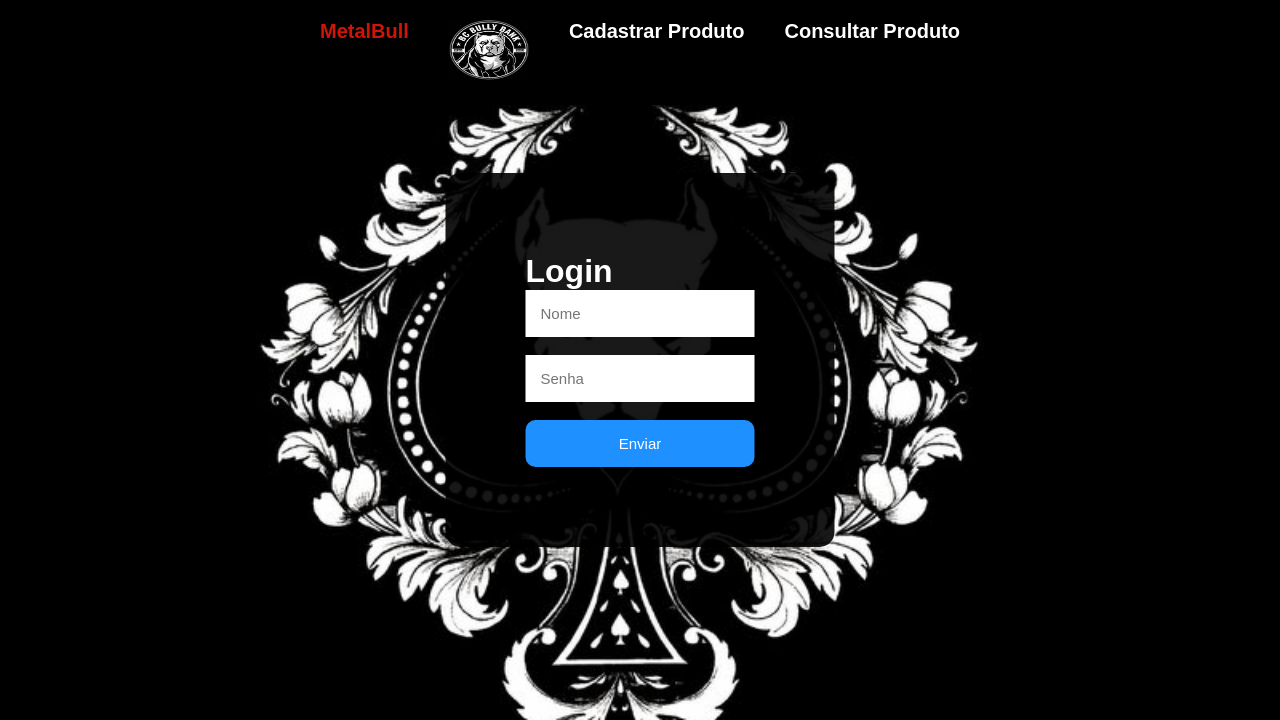
Repository: Vitor4863/Projeto-MetalBull
Page: http://localhost/MetalBull/
An editor plug-in stored every save of this project. The page is shown before and after the next save, followed by the edit.
The browser window is 1280 px wide. The pictures show the whole page.
The page is served by Tomcat 9. Other server files are loaded and not shown.

Above is the page before, as saved 2022-06-23 21:46:35.

### MetalBull/src/main/webapp/index.jsp
<%@ page language="java" contentType="text/html; charset=ISO-8859-1"
	pageEncoding="ISO-8859-1"%>
<!DOCTYPE html>
<html>
<head>
<meta charset="ISO-8859-1">
<title>Insert title here</title>
</head>
<link rel="stylesheet" href="estilo.css">
<body>
	<style>
body {
	font-family: Arial, Helvetica, sans-serif;
	background-image: url("Image/pit2.jpg");
	background-repeat: no-repeat;
	background-size: cover;
	width: 100vw;
	height: 100vh;
}

div {
	background-color: rgba(0, 0, 0, 0.9);
	position: absolute;
	top: 50%;
	left: 50%;
	transform: translate(-50%, -50%);
	padding: 80px;
	border-radius: 15px;
	color: #fff;
}

input {
	padding: 15px;
	border: none;
	outline: none;
	font-size: 15px;
}

button {
	background-color: dodgerblue;
	border: none;
	padding: 15px;
	width: 100%;
	border-radius: 10px;
	color: white;
	font-size: 15px;
}

button:hover {
	background-color: deepskyblue;
	cursor: pointer;
}
</style>
</head>
<body>
<nav class="PitBull">
		<ul>
			<li><span style="color: #ce1507">MetalBull</span></li>
			<li><img src="img/Dog.jpg" height="60px" width="80"></li>
			<li><a href="cadastrarProduto.jsp" style="color: white;">Cadastrar
					Produto</a></li>
			<li><a href="consultarProduto.jsp" style="color: white;">Consultar
					Produto</a></li>
		</ul>
	</nav>
	<div>
        <h1>Login</h1>
        <input type="text" placeholder="Nome">
        <br><br>
        <input type="password" placeholder="Senha">
        <br><br>
        <button>Enviar</button>
    </div>
</body>


</html>

### MetalBull/src/main/webapp/estilo.css
@charset "ISO-8859-1";
* {
	margin: 0;
	padding: 0;
	box-sizing: border-box;
	text-decoration: none;
	list-style: none;
	font-family: 'Montserrat', sans-serif;

}

.PitBull {
	width: 100vw;
}

.PitMain {
	background-image: url("img/R.jpg");
	background-repeat: no-repeat;
	background-size: cover;
	width: 100vw;
	height: 100vh;
}

.PitBull ul {
	display: flex;
	flex-direction: row;
	gap: 40px;
	width: 100%;
	justify-content: center;
	padding: 20px;
	background-color: #000000;
	color: white;
	font-weight: bold;
	font-size: 20px;
}

.PitForm {
	display: flex;
	flex-direction: column;
	padding: 45px;
	width: 800px;
	height: 400px;
	background-color: white;
	margin: 0 auto;
	margin-top: 4px;
	border-radius: 15px;
	box-shadow: 3px 3px 3px 3px rgba(0, 0, 0, 0.2);
	width: 800px;
	align-items: center;
	align-self: center;
}

.PitForm input {
	border-radius: 8px;
	border: 1px solid gray;
	width: 80px;
	padding: 10px;
	width: 400px;
	background-color: #d3d3d3;
}

.PitForm div {
	display: flex;
	align-items: center;
	gap: 15px;
	margin-bottom: 30px;
	gap: 15px;
}

#PitButton {
	background-color: black;
	border: none;
	color: white;
	font-weight: bold;
	cursor: pointer;

}
table{
	border: none;


	display: flex;
	flex-direction: column;
	padding: 45px;
	width: 800px;
	height: 400px;
	background-color: #8B0000;
	color: #d3d3d3;
	margin: 0 auto;
	margin-top: 4px;
	border-radius: 15px;
	box-shadow: 3px 3px 3px 3px rgba(0, 0, 0, 0.2);
	width: 800px;
	align-items: center;
	align-self: center;
	page-break-inside: auto;
	font-family: Arial, Helvetica, sans-serif;
	border-collapse: collapse;
	width: 100%;
	margin-top: 10px;


}
th{
	border: none;
	font-size: 20px;
	width: 50px;
  padding: 8px;


}
td{
	border:none ;
	width: 30px;


}
#Button{
	width:60px;
    margin: 5px;
	margin-top: 5px;
	background-color: #000000;
	color: #ff0000;
	cursor: pointer;
}

footer {
    position: absolute;
    background-color: black;
    color: #FFF;
    width: 100%;
    height: 100px;
    text-align: center;
    line-height: 100px;
	box-shadow: 5px 5px 5px rgba(0, 0, 0, 0.2);
}

After the next save:
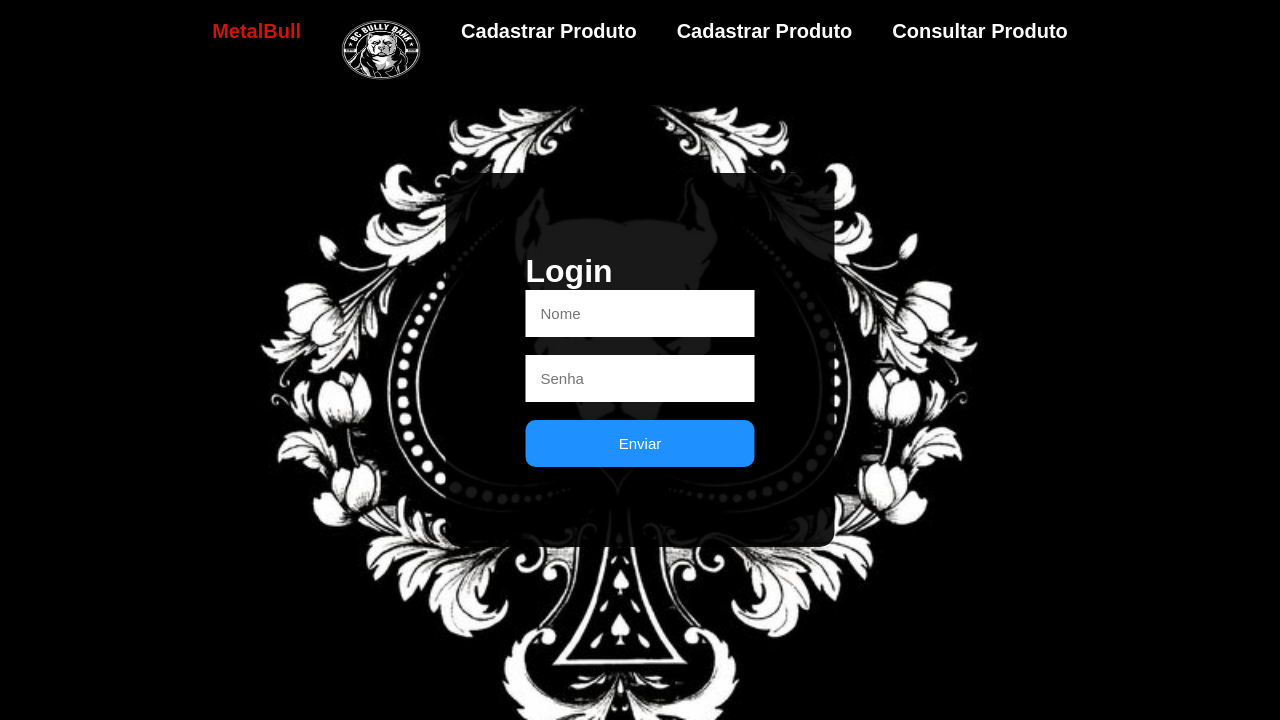
Saved 52 s later.
--- a/MetalBull/src/main/webapp/index.jsp
+++ b/MetalBull/src/main/webapp/index.jsp
@@ -57,6 +57,8 @@ button:hover {
 		<ul>
 			<li><span style="color: #ce1507">MetalBull</span></li>
 			<li><img src="img/Dog.jpg" height="60px" width="80"></li>
+			<li><a href="index.jsp" style="color: white;">Cadastrar
+					Produto</a></li>
 			<li><a href="cadastrarProduto.jsp" style="color: white;">Cadastrar
 					Produto</a></li>
 			<li><a href="consultarProduto.jsp" style="color: white;">Consultar
